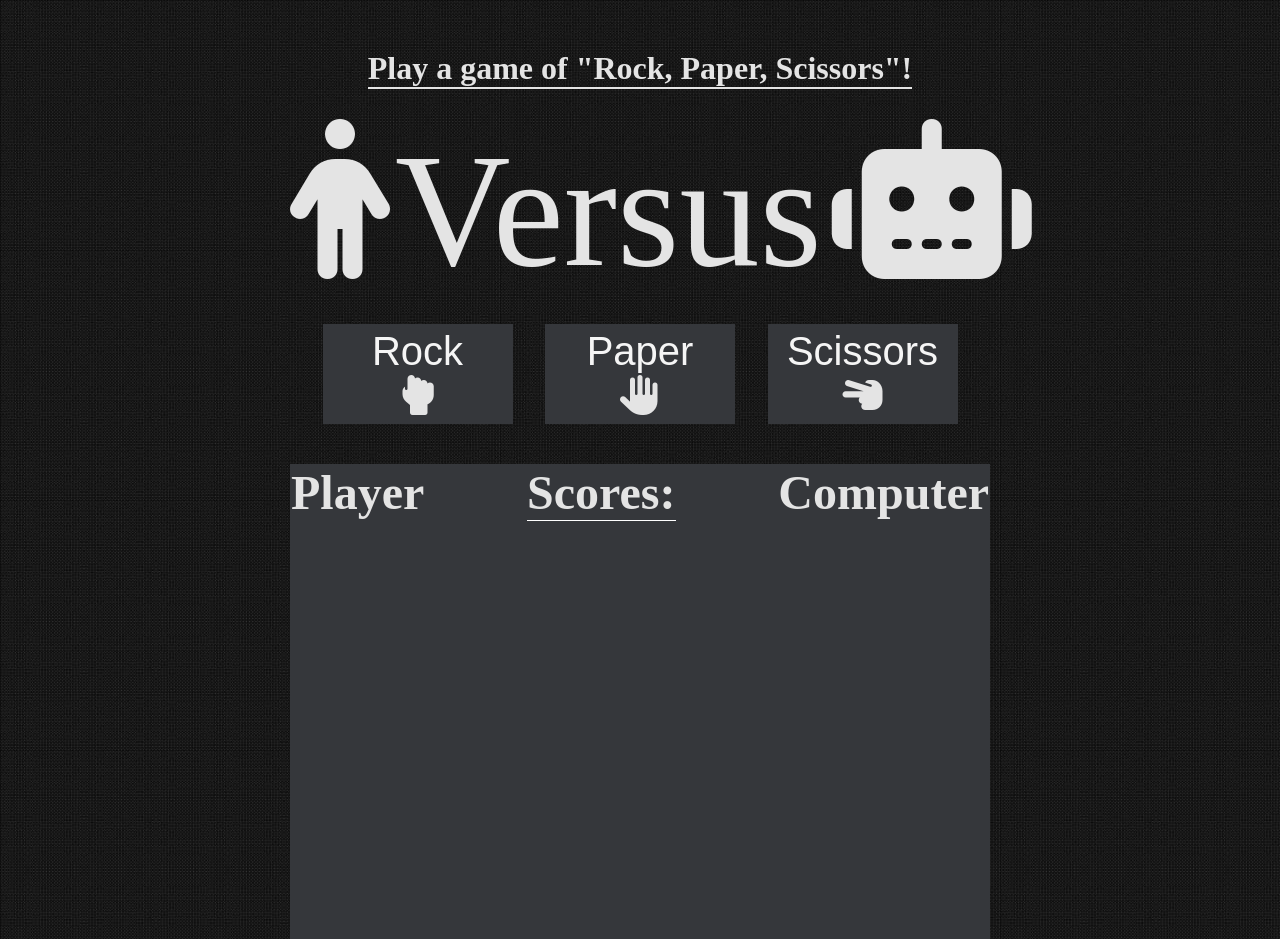
Repository: Pafestivo/rock-paper-scissors
Page: index.html
An editor plug-in stored every save of this project. The page is shown before and after the next save, followed by the edit.
The browser window is 1280 px wide. The pictures show the whole page.
Some web libraries are served in a nearby version.

Above is the page before, as saved 2022-10-14 15:33:39.

### index.html
<!DOCTYPE html>
<html lang="en">
<head>
  <meta charset="UTF-8">
  <meta name="viewport" content="width=device-width, initial-scale=1.0">
  <link rel="stylesheet" href="styles.css">
  <script src="js-file.js" defer></script>
  <script src="https://kit.fontawesome.com/e2364af56b.js" crossorigin="anonymous"></script>
  <title>Rock, Paper, Scissors</title>
</head>
<body>

  <header>
    <h1>Play a game of "Rock, Paper, Scissors"!</h1>
  </header>
  <div id="versus">
    <i class="fa-solid fa-person"></i>
    <p>Versus</p>
    <i class="fa-solid fa-robot"></i>
  </div> <!-- /versus -->

  <div class="buttons">
    <button id="rock">
      Rock
      <i class="fa-solid fa-hand-back-fist"></i>
    </button>
    <button id="paper">
      Paper
      <i class="fa-solid fa-hand"></i>
    </button>
    <button id="scissors">
      Scissors
      <i class="fa-solid fa-hand-scissors"></i>
    </button>
  </div> <!-- /buttons -->


  <div id="results">

    <div class="player-scores">
      <h1>Player</h1>
    </div> <!-- /player-scores -->

    <div class="scores">
    <h1 id="scores-header">Scores:</h1>
    </div> <!-- /scores -->

    <div class="comp-scores">
      <h1>Computer</h1>
    </div> <!-- /comp-scores -->

  </div> <!-- /results -->
</body>
</html>

### styles.css
* {
  margin: 0;
  padding: 0;
  box-sizing: border-box;
}

body {
  font-family: serif;
  background-image: url(images/background.jpg);
  color: rgb(228, 228, 228);
}

header {
  width: max-content;
  margin: 50px auto 30px auto;
  border-bottom: 2px solid rgb(228, 228, 228);
}

#versus {
  display: flex;
  width: 700px;
  font-size: 10rem;
  margin: 0 auto 20px auto;
  justify-content: space-evenly;
  color: rgb(228, 228, 228);
}

.fa-robot {
  margin-left: 10px;
  font-size: 10rem;
}

.fa-person {
  font-size: 10rem;
  margin-right: 5px;
}

.buttons {
  display: flex;
  width: 700px;
  margin: 0 auto;
  justify-content: space-evenly;
}

button {
  width: 190px;
  height: 100px;
  background-color: #35373B;
  border: none;
  font-size: 40px;
  color: whitesmoke;
}

button .fa-solid {
  width: 100%;
  color: rgb(228, 228, 228);
}

button:hover {
  cursor: pointer;
  background-color: #56595f;
}

button:focus {
  background-color: #635656;
}

#results {
  display: flex;
  font-size: 1.5rem;
  justify-content: space-between;
  margin: 40px auto 0 auto;
  width: 700px;
  height: 475px;
  padding: 1px;
  background-color: #35373B;
}

#scores-header {
  border-bottom: 1px solid white;
}

.round-result {
  margin: 5px;
  text-align: center;
  padding: 0;
}

### js-file.js
//round logic
function playRound(playerSelection, computerSelection) {
  let log = ""

  if (
    (playerSelection === "Rock" && computerSelection === "Paper") ||
    (playerSelection === "Paper" && computerSelection === "Scissors") ||
    (playerSelection === "Scissors" && computerSelection === "Rock")
    ) {
    log = "You lost this round!"
  }
  else if (
    (playerSelection === "Paper" && computerSelection === "Rock") ||
    (playerSelection === "Rock" && computerSelection === "Scissors") ||
    (playerSelection === "Scissors" && computerSelection === "Paper")
  ) {
    log = "You won this round!"
  }
  else if (
    (playerSelection === "Rock" && computerSelection === "Rock") ||
    (playerSelection === "Paper" && computerSelection === "Paper") ||
    (playerSelection === "Scissors" && computerSelection === "Scissors")
  ) {
    log = "This round is a draw!"
  }
  else { //input doesn't match rock, paper, or scissors.
    log = "ERROR! Please choose a valid value."
  }

  return log;
};

//computer selection
function getComputerChoice() {
  const possibleChoices = ["Rock", "Paper", "Scissors"];
  const randomize = Math.floor(Math.random() * possibleChoices.length);
  return(possibleChoices[randomize]);
};


const results = document.querySelector('#results');


//function for each player selection
function rockRound() {
  let computerSelection = getComputerChoice();
  console.log(computerSelection);

  const para = document.createElement('p');
  para.classList.add('round-result');
  para.textContent = playRound("Rock", computerSelection);
  results.appendChild(para);
};

function paperRound() {
  let computerSelection = getComputerChoice();
  console.log(computerSelection);

  const para = document.createElement('p');
  para.classList.add('round-result');
  para.textContent = playRound("Rock", computerSelection);
  results.appendChild(para);
};

function scissorsRound() {
  let computerSelection = getComputerChoice();
  console.log(computerSelection);

  const para = document.createElement('p');
  para.classList.add('round-result');
  para.textContent = playRound("Rock", computerSelection);
  results.appendChild(para);
};
//end of player selection functions


//adding event listeners to each button
const rock = document.querySelector('#rock');
rock.addEventListener("click", rockRound);

const paper = document.querySelector('#paper');
paper.addEventListener("click", paperRound);

const scissors = document.querySelector('#scissors');
scissors.addEventListener("click", scissorsRound);

After the next save:
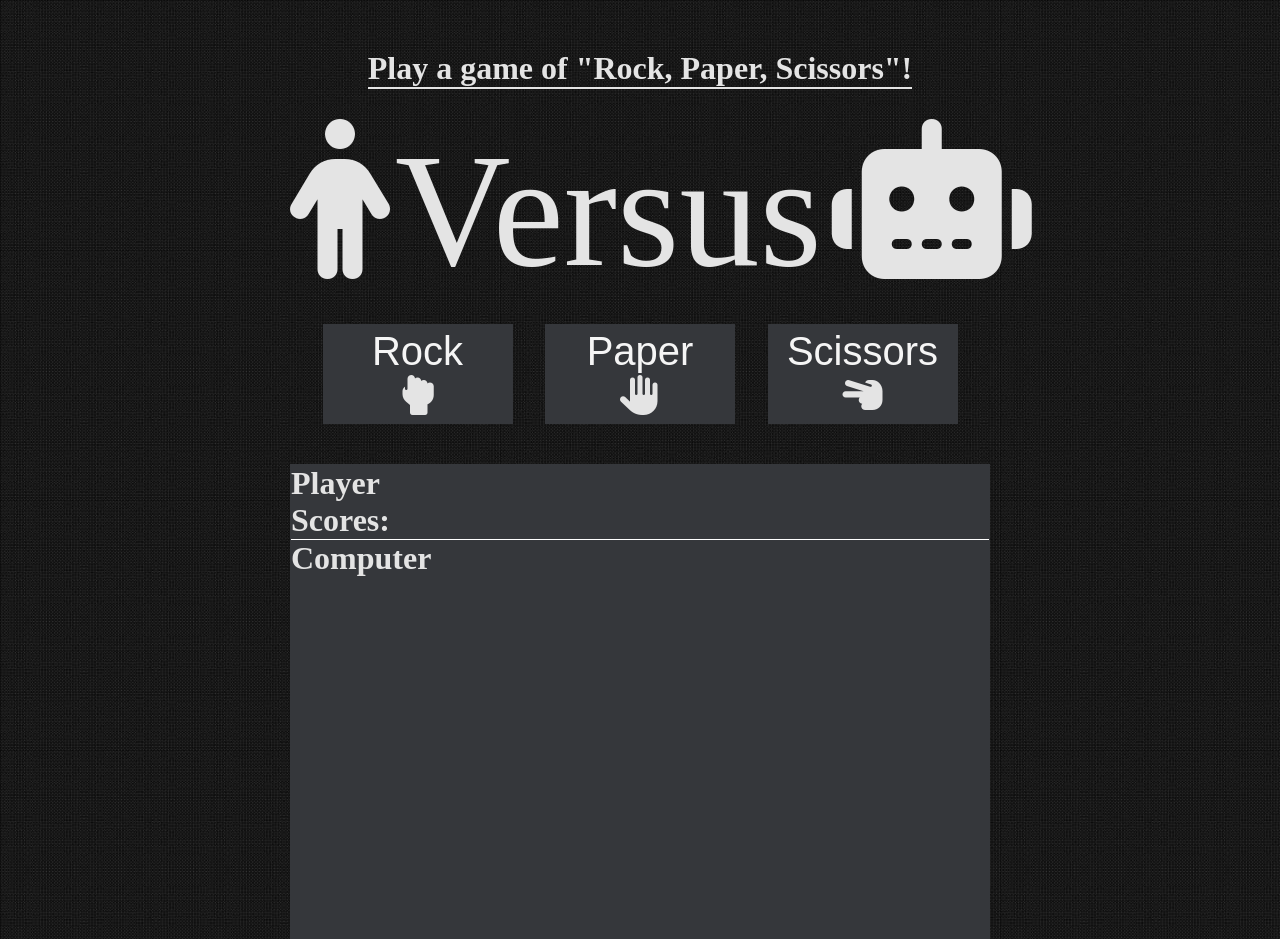
Saved 46 s later.
--- a/styles.css
+++ b/styles.css
@@ -66,9 +66,6 @@ button:focus {
 }
 
 #results {
-  display: flex;
-  font-size: 1.5rem;
-  justify-content: space-between;
   margin: 40px auto 0 auto;
   width: 700px;
   height: 475px;
